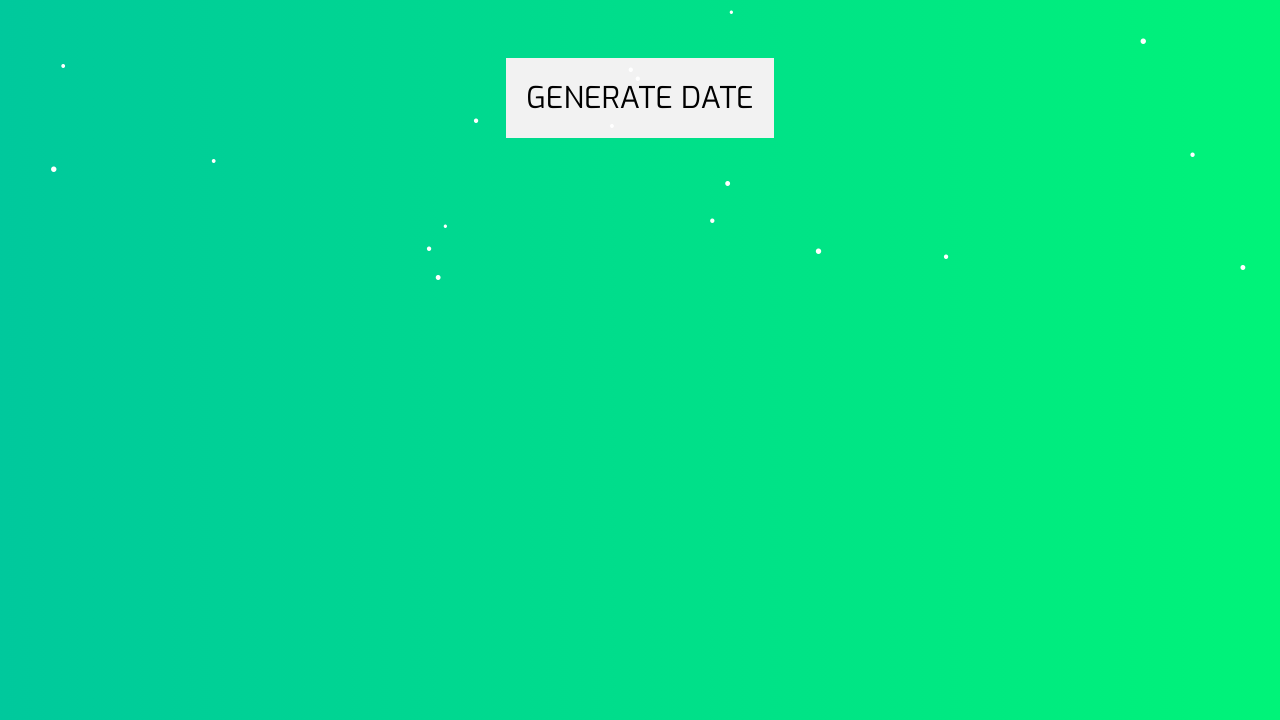
Repository: jfjadloc/jfjadloc.github.io
Page: Timestamp/index.html
These files come from the project's save history. The page is drawn as it stood at one moment and after the next save; the edit follows.
The browser window is 1280 px wide. The pictures show the whole page.

Above is the page before, as saved 2022-02-27 21:11:41.

After the next save:
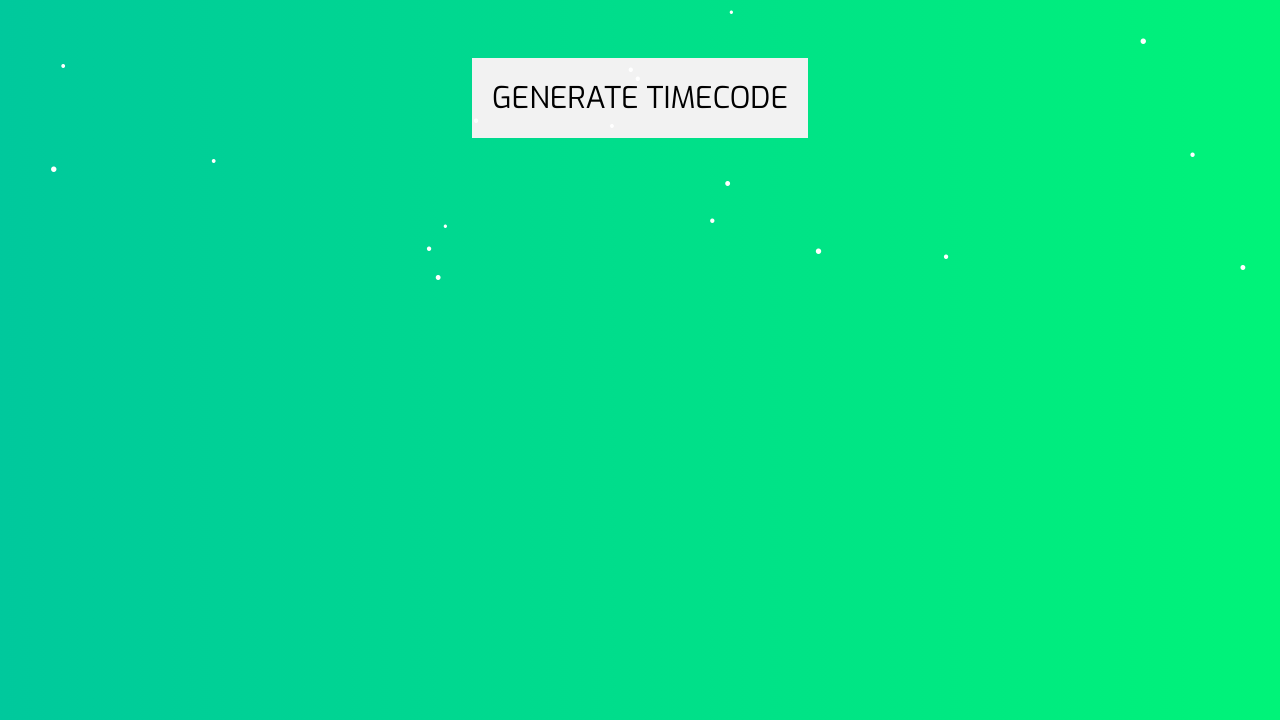
Saved 15 s later.
--- a/Timestamp/index.html
+++ b/Timestamp/index.html
@@ -8,7 +8,7 @@
     <link rel="stylesheet" href="style.css">
 </head>
 <body>
-    <button id="myBtn" onclick="displayDate()">Generate Date</button>
+    <button id="myBtn" onclick="displayDate()">Generate Timecode</button>
 
     <p id="answer"></p>
 
